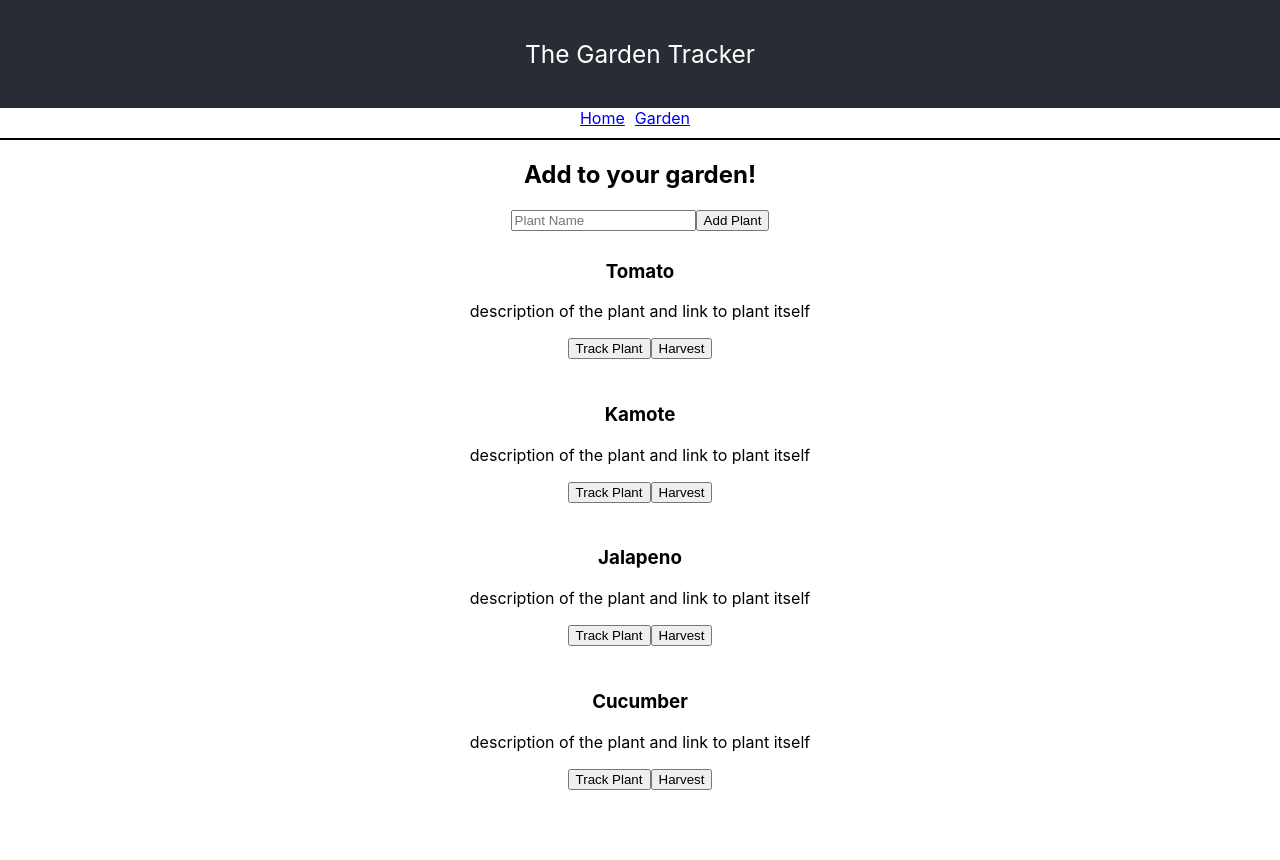
Repository: charliejp0311/gardentracker
Page: /garden
An editor plug-in stored every save of this project. The page is shown before and after the next save, followed by the edit.
The browser window is 1280 px wide. The pictures show the whole page.
The project was rebuilt for these pictures with package versions that can differ from the ones it lists, and the page was loaded fresh each time. Also part of the build but not shown: src/components/GardenHome.js.

Above is the page before, as saved 2020-10-30 11:08:23.

After the next save:
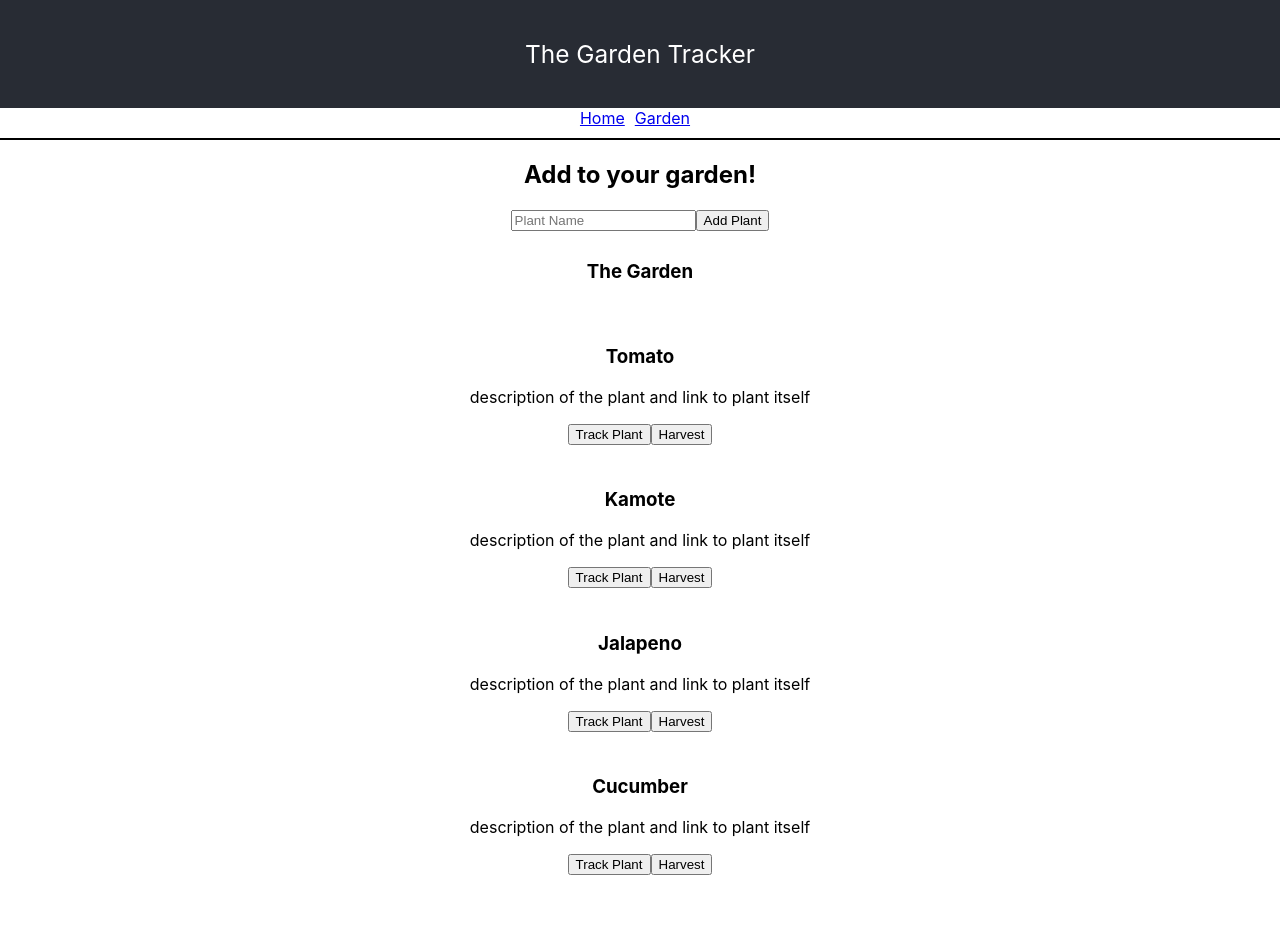
Saved 60 s later.
--- a/src/components/plantList.js
+++ b/src/components/plantList.js
@@ -16,6 +16,7 @@ class PlantList extends Component{
         });
         return(
             <div className='garden'>
+                <h3>The Garden</h3>
                 {showPlants}
             </div>
         )
